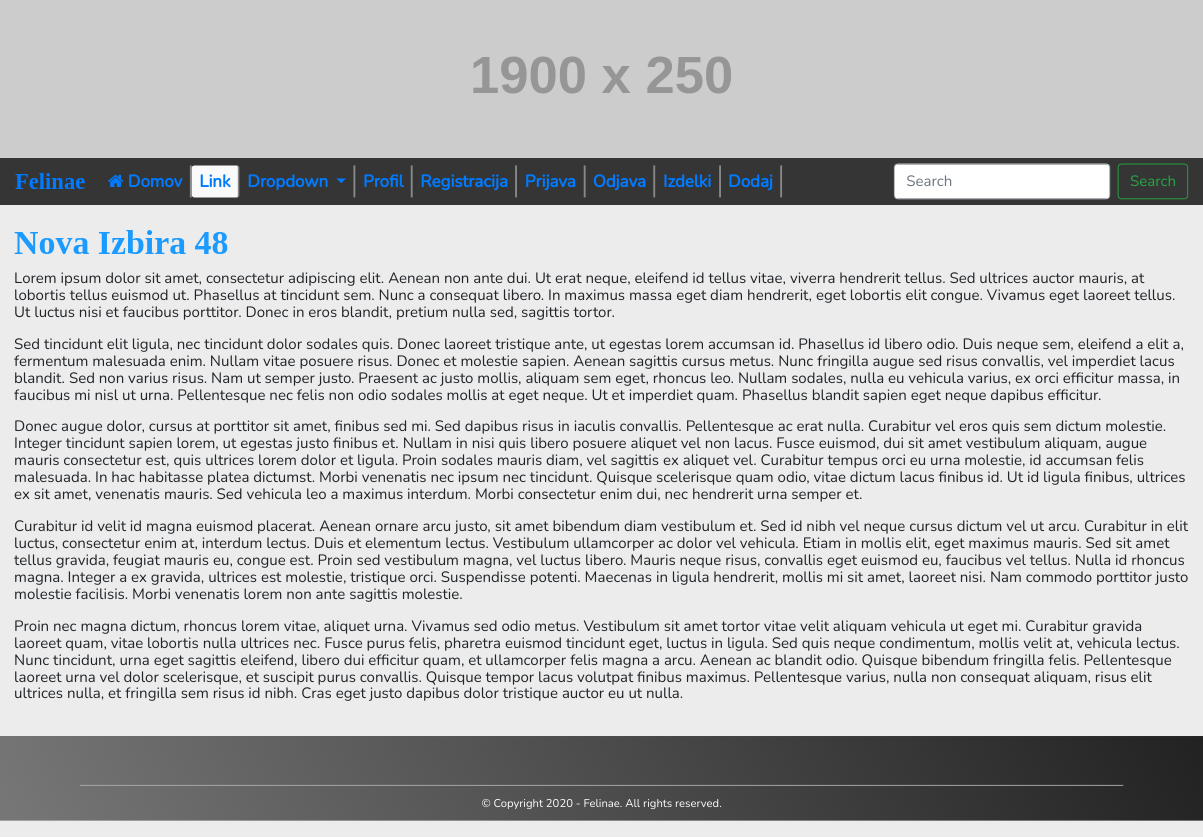
Repository: UrbyK/Felinae
Page: http://localhost/index.php?page=home
The author's editor kept a copy of each file at every save. The page is drawn from the files as they stood at one save, then again after the next save.
The browser window is 1280 px wide. The pictures show the whole page, at 94% of full size.
Some web fonts or font styles are not loaded; a fallback is used. The page is run by PHP 8.4 with error messages shown; the project is at /var/www/html/.

Above is the page before, as saved 2020-08-29 18:24:27.

### index.php
<?php
    session_start();

    include './functions.php';

    $pdo = pdo_connect_mysql();

    $_GET   = filter_input_array(INPUT_GET, FILTER_SANITIZE_STRING);
    $_POST  = filter_input_array(INPUT_POST, FILTER_SANITIZE_STRING);

    $page = isset($_GET['page']) && file_exists($_GET['page']. '.php') ? $_GET['page'] : 'home';
    include $page . '.php';

?>

### functions.php
<?php
    include './includes/dbh.inc.php';

    include_once('./includes/search-functions.php');
    include_once('./includes/picture-upload.inc.php');

    function template_header($title){
        include_once('./header.php');
    }

    function template_footer(){
        include_once('./footer.php');
    }


    function countries(){
        $pdo = pdo_connect_mysql();
        $stmt = $pdo->prepare("SELECT * FROM country");
        $stmt->execute();
        $result = $stmt->fetchAll(PDO::FETCH_ASSOC);
        return $result;
    }

    function slugify($string){
        return strtolower(trim(preg_replace('/[^A-Za-z0-9-]+/', '-', $string), '-'));
    }

    function get_image($product_id){
        $pdo = pdo_connect_mysql();
        $stmt = $pdo->prepare("SELECT * FROM product_image WHERE product_id = ?");
        $stmt->execute([$product_id]);
        $result = $stmt->fetchAll(PDO::FETCH_ASSOC);
        return $result;
    }

    function retail_price($product_id){
        $pdo = pdo_connect_mysql();
        $stmt = $pdo->prepare("SELECT * FROM product WHERE ID = ?");
        $stmt->execute([$product_id]);
        $product = $stmt->fetch();

        if($product['startsAt'] <= date('Y-m-d H:i:s') && date('Y-m-d H:i:s') <= $product['endsAt']){
            $retail_price = round($product['price']-($product['price']*($product['discount']/100)), 2);
        }
        else{
            $retail_price = $product['price'];
        }

        return $retail_price;

    }

?>

### includes/dbh.inc.php
<?php
    function pdo_connect_mysql(){
        /* credentials */
        $dbHost = 'localhost';
        $dbUser = 'root';
        $dbPass = '';
        $dbName = 'felinae';

        try{
            return new PDO('mysql:host=' . $dbHost . ';dbname=' . $dbName . ';charset=utf8', $dbUser, $dbPass);
        } catch (PDOException $exception) {
            // If there is an error with the connection, stop the script and display the error.
            die ('Failed to connect to database!'. $exception->getMessage());
        }
    }
?>

### includes/search-functions.php
<?php
    function get_city($pdo, $city, $postalCode, $country_id){

        $query = "SELECT * FROM city WHERE country_id = ? AND lower(city) LIKE lower(?) AND postalCode = ?";
        $stmt = $pdo->prepare($query);
        $stmt->execute([$country_id, $city, $postalCode]);
        return $stmt;
    }
?>

### includes/picture-upload.inc.php
<?php

    function image_upload($product_id, $url, $caption, $i){

        $pdo = pdo_connect_mysql();
        $target_dir = "./uploads/";
        $relative_dir = "./uploads/";

        $change_name = date("Y-m-d-h-i-s")."-".$product_id."-".basename($url);
        $change_name;
        $target_file = $target_dir . $change_name;
        $relative_file = $relative_dir . $change_name;

        $uploadOk = 1;
        $imageFileType = strtolower(pathinfo($target_file,PATHINFO_EXTENSION));

        if(isset($_POST["submit"])) {
            $check = getimagesize($_FILES["image"]["tmp_name"][$i]);
            if($check !== false) {
                //echo "File is an image - " . $check["mime"] . ".";
                $uploadOk = 1;
            } else {
                //echo "File is not an image.";
                $uploadOk = 0;
            }
        }

        if($imageFileType != "jpg" && $imageFileType != "png" && $imageFileType != "jpeg"
        && $imageFileType != "gif" ) {
            $uploadOk = 0;
        }

        if ($uploadOk == 1) {
            if (move_uploaded_file($_FILES["image"]["tmp_name"][$i], $target_file)) {
                //vse je ok, zapišem še v bazo
                $query = "INSERT INTO product_image(product_id, image, caption) VALUES (?,?,?)";
                $stmt = $pdo->prepare($query);
                $stmt->execute([$product_id, $relative_file, $caption]);
            }
        }
    }

?>

### home.php
<?=template_header('Home')?>
<div class="row">
    <h1>Nova Izbira 48</h1>
    <p>
    Lorem ipsum dolor sit amet, consectetur adipiscing elit. Aenean non ante dui. Ut erat neque, eleifend id tellus vitae, viverra hendrerit tellus. Sed ultrices auctor mauris, at lobortis tellus euismod ut. Phasellus at tincidunt sem. Nunc a consequat libero. In maximus massa eget diam hendrerit, eget lobortis elit congue. Vivamus eget laoreet tellus. Ut luctus nisi et faucibus porttitor. Donec in eros blandit, pretium nulla sed, sagittis tortor.
    </p>
    <p>
    Sed tincidunt elit ligula, nec tincidunt dolor sodales quis. Donec laoreet tristique ante, ut egestas lorem accumsan id. Phasellus id libero odio. Duis neque sem, eleifend a elit a, fermentum malesuada enim. Nullam vitae posuere risus. Donec et molestie sapien. Aenean sagittis cursus metus. Nunc fringilla augue sed risus convallis, vel imperdiet lacus blandit. Sed non varius risus. Nam ut semper justo. Praesent ac justo mollis, aliquam sem eget, rhoncus leo. Nullam sodales, nulla eu vehicula varius, ex orci efficitur massa, in faucibus mi nisl ut urna. Pellentesque nec felis non odio sodales mollis at eget neque. Ut et imperdiet quam. Phasellus blandit sapien eget neque dapibus efficitur.
    </p>
    <p>
    Donec augue dolor, cursus at porttitor sit amet, finibus sed mi. Sed dapibus risus in iaculis convallis. Pellentesque ac erat nulla. Curabitur vel eros quis sem dictum molestie. Integer tincidunt sapien lorem, ut egestas justo finibus et. Nullam in nisi quis libero posuere aliquet vel non lacus. Fusce euismod, dui sit amet vestibulum aliquam, augue mauris consectetur est, quis ultrices lorem dolor et ligula. Proin sodales mauris diam, vel sagittis ex aliquet vel. Curabitur tempus orci eu urna molestie, id accumsan felis malesuada. In hac habitasse platea dictumst. Morbi venenatis nec ipsum nec tincidunt. Quisque scelerisque quam odio, vitae dictum lacus finibus id. Ut id ligula finibus, ultrices ex sit amet, venenatis mauris. Sed vehicula leo a maximus interdum. Morbi consectetur enim dui, nec hendrerit urna semper et.
    </p>
    <p>
    Curabitur id velit id magna euismod placerat. Aenean ornare arcu justo, sit amet bibendum diam vestibulum et. Sed id nibh vel neque cursus dictum vel ut arcu. Curabitur in elit luctus, consectetur enim at, interdum lectus. Duis et elementum lectus. Vestibulum ullamcorper ac dolor vel vehicula. Etiam in mollis elit, eget maximus mauris. Sed sit amet tellus gravida, feugiat mauris eu, congue est. Proin sed vestibulum magna, vel luctus libero. Mauris neque risus, convallis eget euismod eu, faucibus vel tellus. Nulla id rhoncus magna. Integer a ex gravida, ultrices est molestie, tristique orci. Suspendisse potenti. Maecenas in ligula hendrerit, mollis mi sit amet, laoreet nisi. Nam commodo porttitor justo molestie facilisis. Morbi venenatis lorem non ante sagittis molestie.
    </p>
    <p>
    Proin nec magna dictum, rhoncus lorem vitae, aliquet urna. Vivamus sed odio metus. Vestibulum sit amet tortor vitae velit aliquam vehicula ut eget mi. Curabitur gravida laoreet quam, vitae lobortis nulla ultrices nec. Fusce purus felis, pharetra euismod tincidunt eget, luctus in ligula. Sed quis neque condimentum, mollis velit at, vehicula lectus. Nunc tincidunt, urna eget sagittis eleifend, libero dui efficitur quam, et ullamcorper felis magna a arcu. Aenean ac blandit odio. Quisque bibendum fringilla felis. Pellentesque laoreet urna vel dolor scelerisque, et suscipit purus convallis. Quisque tempor lacus volutpat finibus maximus. Pellentesque varius, nulla non consequat aliquam, risus elit ultrices nulla, et fringilla sem risus id nibh. Cras eget justo dapibus dolor tristique auctor eu ut nulla.
    </p>
</div>

<?=template_footer()?>

### header.php
<!DOCTYPE html>
<html>
    <head>
        <meta charset="utf-8" content="text/html"/>
        <meta name="viewport" content="width=device-width, intital-scale=1.0"/>

        <!-- JavaScript -->
        <script src="https://code.jquery.com/jquery-3.5.1.js" integrity="sha256-QWo7LDvxbWT2tbbQ97B53yJnYU3WhH/C8ycbRAkjPDc=" crossorigin="anonymous"></script>
        <!-- Boostrap -->
            <!-- CSS -->
        <link rel="stylesheet" href="https://stackpath.bootstrapcdn.com/bootstrap/4.5.0/css/bootstrap.min.css"
            integrity="sha384-9aIt2nRpC12Uk9gS9baDl411NQApFmC26EwAOH8WgZl5MYYxFfc+NcPb1dKGj7Sk" crossorigin="anonymous" />

            <!-- JavaScript -->
        <script src="https://stackpath.bootstrapcdn.com/bootstrap/4.5.0/js/bootstrap.bundle.min.js"
             integrity="sha384-1CmrxMRARb6aLqgBO7yyAxTOQE2AKb9GfXnEo760AUcUmFx3ibVJJAzGytlQcNXd" crossorigin="anonymous"></script>

        <!-- FONTAWESOME -->
        <link rel="stylesheet" href="https://stackpath.bootstrapcdn.com/font-awesome/4.7.0/css/font-awesome.min.css" integrity="sha384-wvfXpqpZZVQGK6TAh5PVlGOfQNHSoD2xbE+QkPxCAFlNEevoEH3Sl0sibVcOQVnN"
         crossorigin="anonymous">

         <script src="./js/active-menu.js" crossorigin="anonymous"></script>

         <!--CUSTOM CSS-->
         <link rel="stylesheet" href="./css/style.css">

        <title>Felinae</title>
    </head>

    <body>

        <header>
            <div class="banner"><img src="https://via.placeholder.com/1900x250" alt="banner"></div>
        </header>

       <!-- <nav class="navbar sticky-top navbar-expand-lg navbar-light bg-light ">-->
        <nav class="navbar sticky-top navbar-expand-lg">
            <a class="navbar-brand" href="#">Felinae</a>
            <button class="navbar-toggler ml-auto custom-toggler" type="button" data-toggle="collapse" data-target="#navbarSupportedContent" aria-controls="navbarSupportedContent" aria-expanded="false" aria-label="Toggle navigation">
                <span class="navbar-toggler-icon"></span>
            </button>

            <div class="collapse navbar-collapse" id="navbarSupportedContent">

                <ul class="navbar-nav mr-auto">
                    <li class="nav-item">
                        <a class="nav-link" href="./index.php"><i class="fa fa-home" aria-hidden="true"></i> Domov <span class="sr-only">(current)</span></a>
                    </li>
                    <li class="nav-item">
                        <a class="nav-link" href="./index.php?page=home">Link</a>
                    </li>
                    <li class="nav-item dropdown" >
                        <a class="nav-link dropdown-toggle" href="#" id="navbarDropdown" role="button" data-toggle="dropdown" aria-haspopup="true" aria-expanded="false">
                        Dropdown
                        </a>
                        <div class="dropdown-menu" aria-labelledby="navbarDropdown">
                        <a class="dropdown-item" href="#">Action</a>
                        <a class="dropdown-item" href="#">Another action</a>
                        <div class="dropdown-divider"></div>
                        <a class="dropdown-item" href="#">Something else here</a>
                        </div>
                    </li>

                    <li class="nav-item">
                        <a class="nav-link" href="./index.php?page=profile">Profil</a>
                    </li>
                    <li class="nav-item">
                        <a class="nav-link" href="./index.php?page=register-user">Registracija</a>
                    </li>
                    <li class="nav-item">
                        <a class="nav-link" href="./index.php?page=login">Prijava</a>
                    </li>
                    <li class="nav-item">
                        <a class="nav-link" href="./index.php?page=logout">Odjava</a>
                    </li>
                    <li class="nav-item">
                        <a class="nav-link" href="./index.php?page=products">Izdelki</a>
                    </li>
                    <li class="nav-item">
                        <a class="nav-link" href="./index.php?page=product-add">Dodaj</a>
                    </li>

                </ul>

                <form class="form-inline my-2 my-lg-0">
                    <input class="form-control mr-sm-2" type="search" placeholder="Search" aria-label="Search">
                    <button class="btn btn-outline-success my-2 my-sm-0" type="submit">Search</button>
                </form>

            </div>
        </nav>

    <div class="container-fluid">

### footer.php
    </div><!-- class="container-fluid" --->

        <footer class="page-footer font-small flow-footer" id="footer" role="contentinfo">
            <div class="footer-wrapper">
                <div class="container container-footer">
                    <div class="row">

                        <div class="col-12 copy">

                            <p class="text-center">&copy; Copyright 2020 - Felinae.  All rights reserved.</p>

                        </div>

                    </div>
                </div>
            </div>
        </footer>





    </body>
</html>

### js/active-menu.js
$(function(){
    // this will get the full URL at the address bar
    var url = window.location.href;

    // passes on every "a" tag
    $(".navbar a").each(function() {
            // checks if its the same on the address bar
        if(url === (this.href)) {
            $(this).closest("li").addClass("active");
        }
    });
});

### css/style.css
@import url('http://fonts.googleapis.com/css?family=Oxygen+Mono');
@import url('https://fonts.googleapis.com/css?family=Damion|Neucha|Pacifico|Yellowtail&display=swap');
@import url('https://fonts.googleapis.com/css2?family=Crimson+Text&family=Nunito&family=Overlock&family=Source+Sans+Pro&display=swap');
@import url('https://fonts.googleapis.com/css2?family=Love+Ya+Like+A+Sister&display=swap');

*{
    text-decoration: none;
    list-style: none;
}

body{
    padding: 0;
    margin: 0 auto;
    font-size: 16px;
    line-height: 1.125em;
    height: 100%;
    min-height: 100%;
    font-family: 'Nunito', 'Source Sans Pro', sans-serif;
    background-color: #ececec;
}

h1, h2, h3, h4, h5, h6{
    font-family: 'Overlock', 'Crimson Text', cursive, serif;
    color: #1b9bff;
    font-weight: 550;
    line-height: 1.125em;
}

h1{
    font-size: 36px;
}
h2{
    font-size: 32px;
}
h3{
    font-size: 28px;
}
h4{
    font-size: 24px;
}
h5{
    font-size: 20px;
}
h6{
    font-size: 16px;
}

.container, .container-fluid{
  height: 100%;
}

/* BANNER */
.banner img{
    width: 100%;
    height: auto;
}

/*NAVBAR*/
.navbar{
    background-color: rgb(53,53,53);
    font-size: 18px;
    font-weight: 600;
    max-height: 50px;
}

.navbar-brand{
    font-size: 24px;
    font-family: 'Love Ya Like A Sister','Overlock';
    font-weight: 800;

}

.custom-toggler .navbar-toggler-icon {
    background-image: url("data:[embedded picture, 239 characters]");
  }

  .custom-toggler, .navbar-toggler {
    border-color: rgb(27, 155, 255);
    border-width: 2px;
  }

  .active{
    background-color: #FAFAFA;
    border-radius: 3px;
  }
.navbar-nav .nav-item{
    border-right: 2px solid #888;
}

/*=======FOOTER=========*/
footer {
  background: #535355;
  background: -webkit-linear-gradient(63deg, #777777, #222222);
  background: linear-gradient(63deg, #777777, #222222);
  color: white;
  height: 90px;
  position: relative;
  width: 100%;
}

footer a {
  color: #fefefe;
  font-size: 14px;
  transition-duration: 0.2s;
}

footer a:hover {
  color: #1b9bff;
  text-decoration: none;
}

.copy {
  font-size: 12px;
  padding: 10px;
  border-top: 1px solid #aaa;
}

.footer-wrapper {
  padding-top: 2em;
  color: white;
}



/*REGISTER/LOGIN FORM*/

.my-form .hint{
    font-size: 10px;
}

/*======PRODUCT ADD======*/
.form-group .col #charNum{
  float: right;
}

/*======== HOVERBOX ==============*/
/* displays text when you hover over the image */
.hvrbox,
.hvrbox * {
  box-sizing: border-box;
}

.hvrbox {
  position: relative;
  display: inline-block;
  overflow: hidden;

  height: 100%;
  width: auto;
  margin-top: 5%;
  padding-bottom: 10px;

  border-bottom: 1px dashed #aaa;
}

.hvrbox img {
  max-width: 100%;
  margin: auto;
}

.hvrbox .hvrbox-layer_bottom {
  display: block;
}

.hvrbox .hvrbox-layer_top {
  opacity: 0;
  position: absolute;
  top: 0;
  left: 0;
  right: 0;
  bottom: 0;
  width: 100%;
  height: 100%;
  background: rgba(0, 0, 0, 0.6);
  color: #fff;
  padding: 15px;
  -moz-transition: all 0.5s ease-in-out 0s;
  -webkit-transition: all 0.5s ease-in-out 0s;
  -ms-transition: all 0.5s ease-in-out 0s;
  transition: all 0.5s ease-in-out 0s;
}

.hvrbox:hover .hvrbox-layer_top,
.hvrbox.active .hvrbox-layer_top {
  opacity: 1;
  height: 100%;
}

.hvrbox .hvrbox-text {
  text-align: center;
  font-size: 17px;
  display: inline-block;
  position: absolute;
  top: 50%;
  left: 50%;
  -moz-transform: translate(-50%, -50%);
  -webkit-transform: translate(-50%, -50%);
  -ms-transform: translate(-50%, -50%);
  transform: translate(-50%, -50%);
}

.hvrbox .hvrbox-text_mobile {
  font-size: 15px;
  border-top: 1px solid rgb(179, 179, 179); /* for old browsers */
  border-top: 1px solid rgba(179, 179, 179, 0.7);
  margin-top: 5px;
  padding-top: 2px;
  display: none;
}

.hvrbox.active .hvrbox-text_mobile {
  display: block;
}

.hvrbox .hvrbox-layer_slideup {
  -moz-transform: translateY(100%);
  -webkit-transform: translateY(100%);
  -ms-transform: translateY(100%);
  transform: translateY(100%);
}

.hvrbox:hover .hvrbox-layer_slideup,
.hvrbox.active .hvrbox-layer_slideup {
  -moz-transform: translateY(0);
  -webkit-transform: translateY(0);
  -ms-transform: translateY(0);
  transform: translateY(0);
}

.hvrbox:hover .price{
  color: #fff;
  -moz-transition: color 0.8s ease 0s;
  -webkit-transition: color 0.8s ease 0s;
  -ms-transition: color 0.8s ease 0s;
  transition: color 0.8s ease 0s;
}

/*========PRODUCTS=========*/
.card-btn form input{
  max-width: 250px;
  width: 100%;
}

form input[type="number"] {
  width: 100%;
	padding: 10px;
	margin-bottom: 15px;
	border: 1px solid #aaa;
	color: #555555;
  border-radius: 5px;
  -moz-appearance: textfield;
}

form input[type="submit"] {
	background-color: #1b9bff;;
	border: 0;
	color: #FFFFFF;
	width: 100%;
	padding: 12px 0;
	text-transform: uppercase;
	font-size: 14px;
	font-weight: bold;
	border-radius: 5px;
  cursor: pointer;

}

form input[type="submit"]:hover {
	background-color: #1a5f94;;
}


.product-item {
  background-color: #fff;
  border: 1px solid black;
}

.product-name{
  font-size: 16px;
  /*padding-top: 15px;*/
  font-weight: bold;
  color: #1b9bff;
  font-family: 'Franklin Gothic Medium', 'Arial Narrow', Arial, sans-serif;
}

.product-name:hover{
color: #1a5f94;
}



/* THUMBNAIL FOR IMAGE PREVIEW ON PRODUCTS*/
.img-thumbnail{
  max-height: 100%;
  height: auto;
  width: auto;
}

.row{
  margin: 20px auto;
}


/* CARD */
.products-preview{
  max-height: 450px;
}

.products-preview-body{
  height: 200px;

}

.products-preview-body ul{
  list-style: none;
  padding: 0;
}
/*
.products-preview-body span {
  position: relative;
  display: block;
}*/

/*==products prices==*/
.card-btn{
  margin: 20px auto;
}

.price{
  font-weight: bold;
  font-size: 20px;
  color: #3f3f3f;
  }

.old-price{
  font-size: 20px;
  margin: 0 5px;
  font-weight: normal;
  color: #777;
}

.discount{
  font-size: 18px;
  color: #eee;
  font-weight: 900;
  border: 2px solid #009900;
  border-radius: 50%;
  background-color: #009900;
  margin: 3px;
  padding: 5px;
  float: right;
  text-decoration: none;
}

del, .old-price{
  text-decoration: line-through;
}

input[type=submit]:disabled{
  background-color: #346081;
}

.product-picture{
  display: flex;
  align-items: center;
  justify-content: center;
}

.product-picture img{
  align-items: center;
  justify-content: center;
  max-width: 100%;
  margin: auto;
  border: 2px solid #aaa;
  max-height: 650px;
  /*border-radius: 50px;*/
}



.product-info{
  margin: auto 0;
  padding-right: 5%;
  padding-bottom: 55px;
  background-color: #efefef;
}

.product-info h1 {
	font-size: 34px;
	font-weight: normal;
	margin: 0;
  padding: 20px 0 10px 0;
  color: #1b9bff;
  font-family:  'Franklin Gothic Medium', 'Arial Narrow', Arial, sans-serif;
}

.product-info .price {
	display: block;
	font-size: 22px;
}

.product-info form {
	display: flex;
	flex-flow: column;
  margin: 40px 0;
}

.product-info form input,
.card-btn form input{
  max-width: 250px;
  width: 100%;
}

.product-info form input[type="number"],
.card-btn form input[type="number"],
.cart form input[type="number"] {
  width: 100%;
	padding: 10px;
	margin-bottom: 15px;
	border: 1px solid #aaa;
	color: #555555;
  border-radius: 5px;
  -moz-appearance: textfield;
}

.product-info form input[type="submit"],
.card-btn form input[type="submit"] {
	background-color: #1b9bff;;
	border: 0;
	color: #FFFFFF;
	width: 100%;
	padding: 12px 0;
	text-transform: uppercase;
	font-size: 14px;
	font-weight: bold;
	border-radius: 5px;
  cursor: pointer;

}
.product-info form input[type="submit"]:hover,
.card-btn form input[type="submit"]:hover {
	background-color: #1a5f94;;
}
/*
.product-price .old-price{
  float: left;
}
*/
li .discount{
  float: none;
  text-decoration: none !important;
}

.product-price .retail-price{
  font-size: 38px;
  margin-top: 24px;
}

/*===CAROUSEL===*/
.carousel-control:hover{
  background-color: rgba(51, 51, 51, 0.5);
}

.carousel-inner {
  margin: auto 0;
}

.sales-date{
  margin-bottom: 10px;
  font-size: 18px;
  color: #009900;
}

.whitespace{
  white-space: pre-wrap;
}

.products-preview{
  margin: 5px auto;
}

.measurements{
  white-space: nowrap;
}

.measurements li{
  display: inline;
}


/*======FOOTER======*/

After the next save:
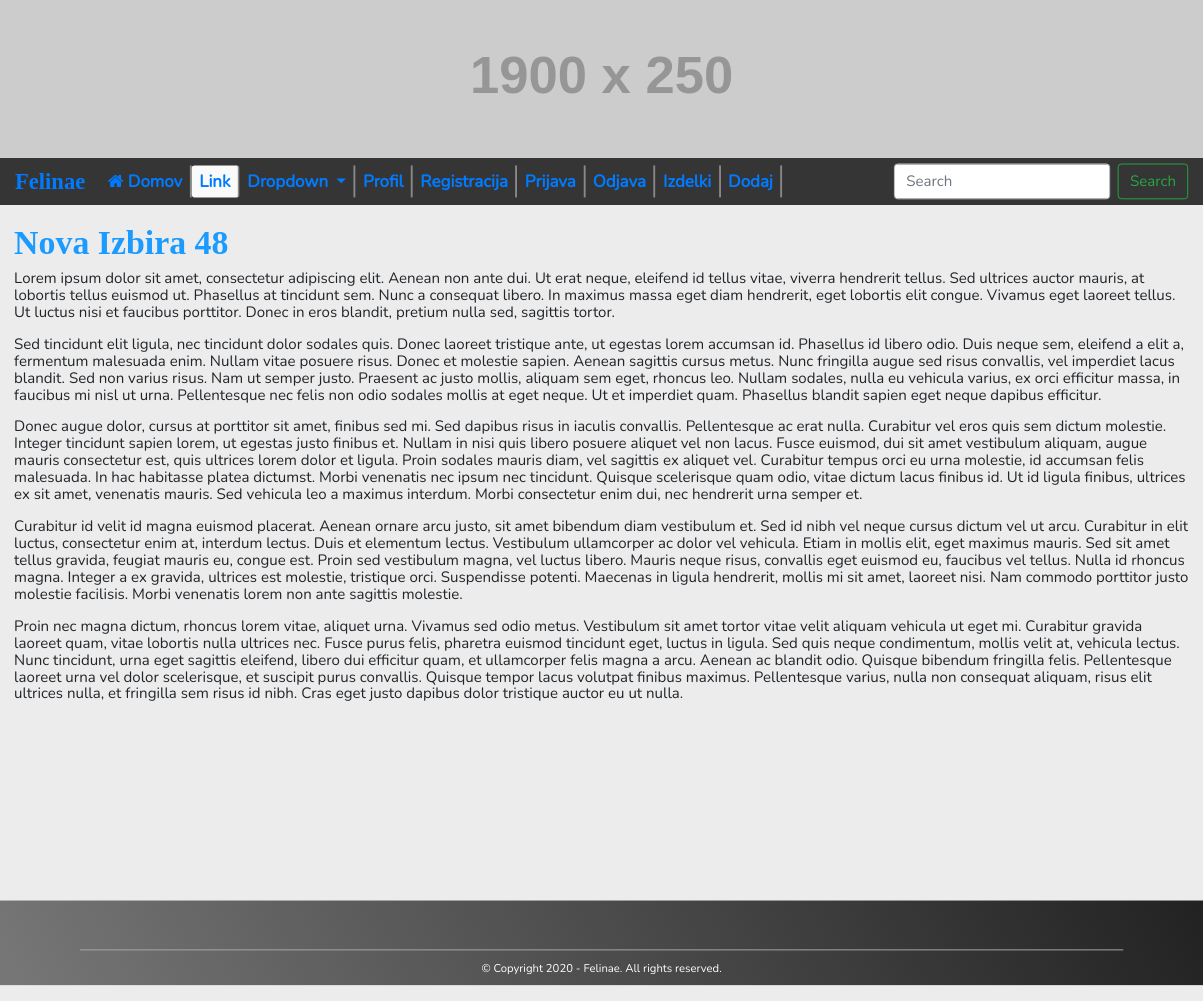
Saved 32 s later.
--- a/css/style.css
+++ b/css/style.css
@@ -3,6 +3,9 @@
 @import url('https://fonts.googleapis.com/css2?family=Crimson+Text&family=Nunito&family=Overlock&family=Source+Sans+Pro&display=swap');
 @import url('https://fonts.googleapis.com/css2?family=Love+Ya+Like+A+Sister&display=swap');
 
+html{
+  height: 100%;
+}
 *{
     text-decoration: none;
     list-style: none;
